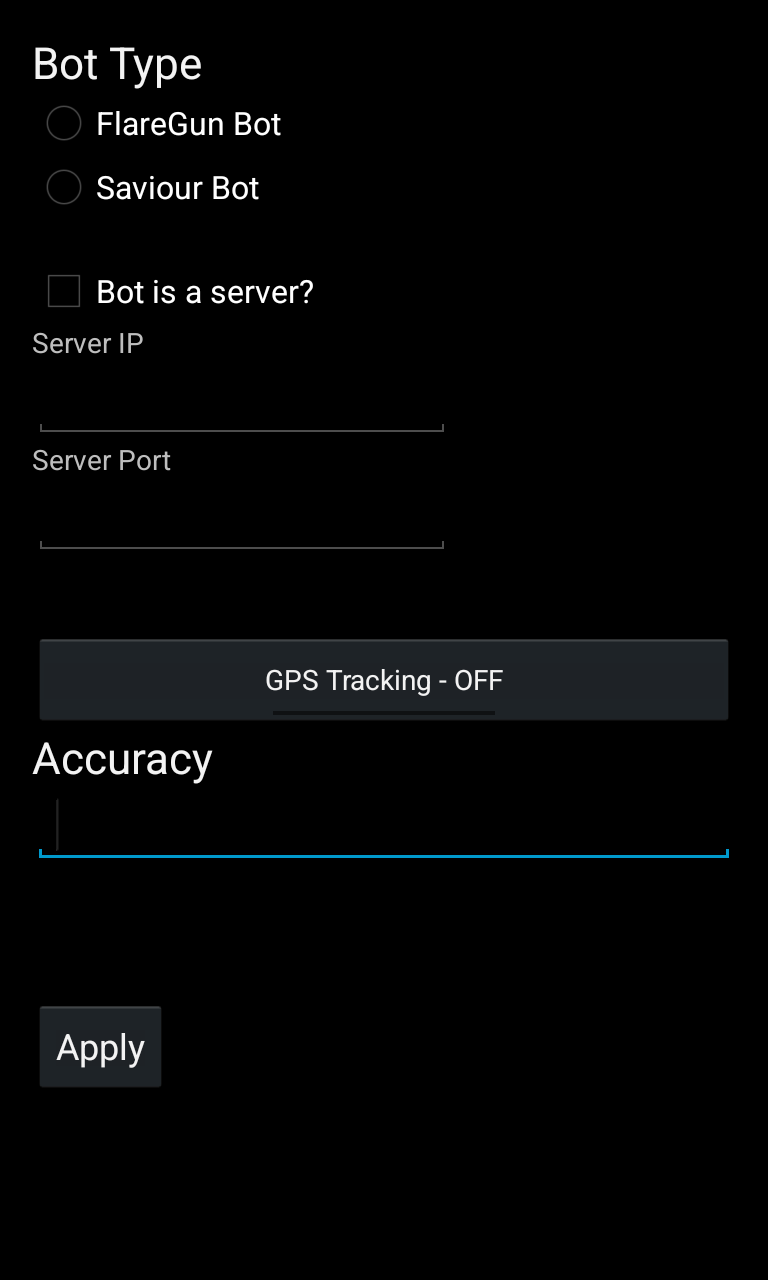
Repository: nova3dtecnologias/rescue_bot
Layout: rescue-bots-android/res/layout/activity_config.xml
The author's editor kept a copy of each file at every save. The layout is drawn from the files as they stood at one save, then again after the next save.
It is drawn on a 768 x 1280 px phone screen (xhdpi) without system bars, with theme android:Theme.Holo; the app's code is not run.

Above is the layout before, as saved 2016-06-25 20:21:31.

After the next save:
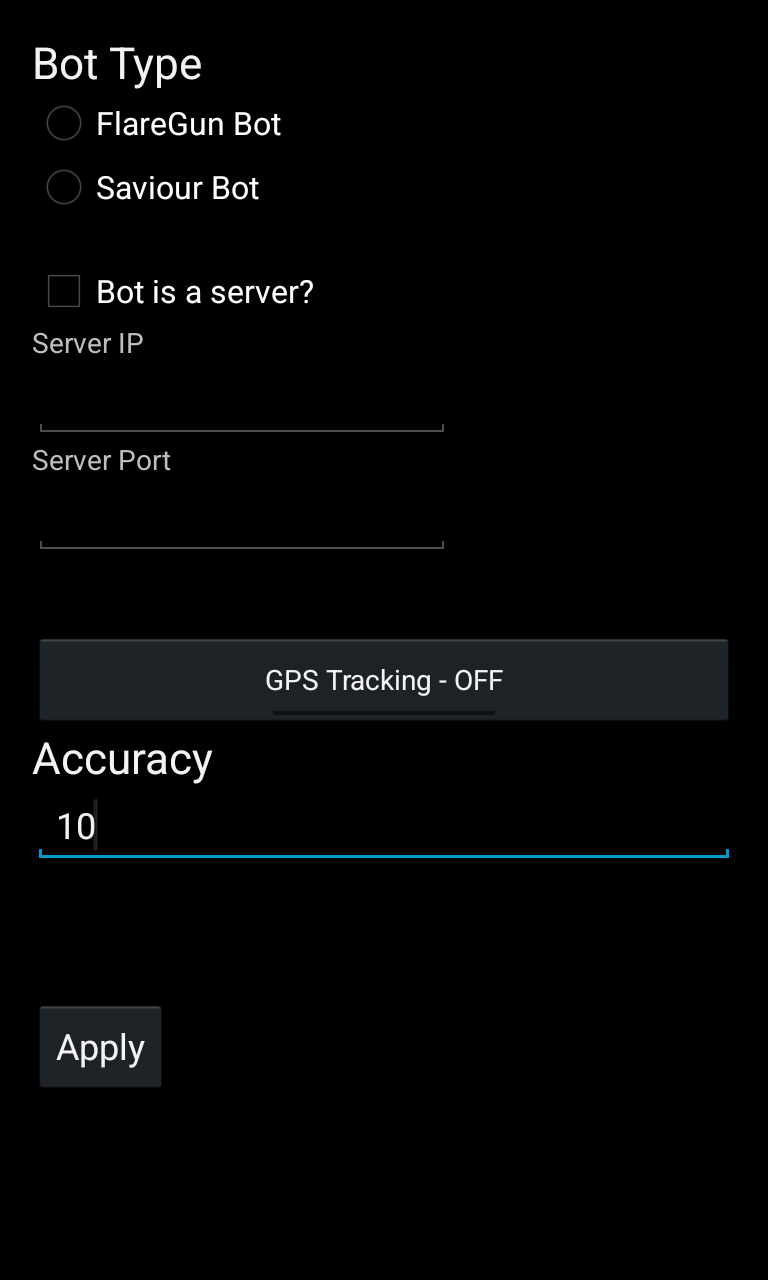
Saved 2 min 44 s later.
--- a/rescue-bots-android/res/layout/activity_config.xml
+++ b/rescue-bots-android/res/layout/activity_config.xml
@@ -103,7 +103,8 @@
                 android:layout_width="match_parent"
                 android:layout_height="wrap_content"
                 android:ems="10"
-                android:inputType="number" >
+                android:inputType="number"
+                android:text="10">
 
                 <requestFocus />
             </EditText>
